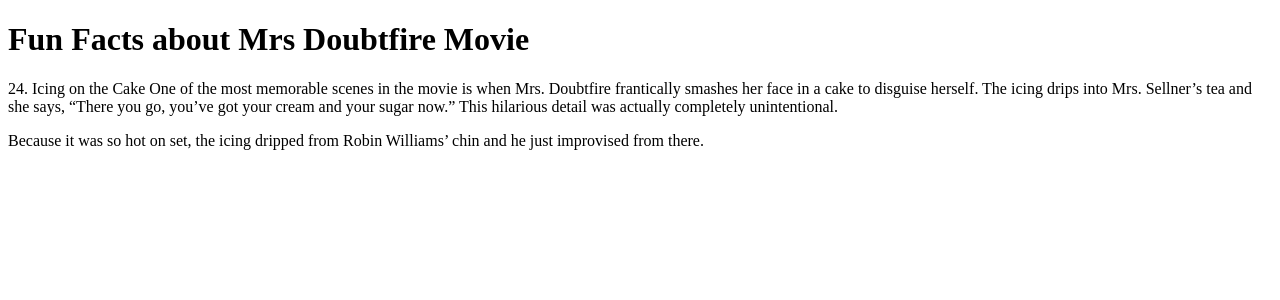
Repository: ItaConnell007/Brainnest-Main-HTML-Project
Page: fun-facts.html
The author's editor kept a copy of each file at every save. The page is drawn from the files as they stood at one save, then again after the next save.
The browser window is 1280 px wide. The pictures show the whole page.

Above is the page before, as saved 2022-08-16 17:18:31.

### fun-facts.html
<!DOCTYPE html>
<html lang="en">
<head>
    <meta charset="UTF-8">
    <meta http-equiv="X-UA-Compatible" content="IE=edge">
    <meta name="viewport" content="width=device-width, initial-scale=1.0">
    <title>Top Secret</title>
</head>
<body>

    <h1> Fun Facts about Mrs Doubtfire Movie</h1>

    <p>24. Icing on the Cake
        One of the most memorable scenes in the movie is when Mrs. Doubtfire frantically smashes her face in a cake to disguise herself. The icing drips into Mrs. Sellner’s tea and she says, “There you go, you’ve got your cream and your sugar now.” This hilarious detail was actually completely unintentional. </p>
        <p>  Because it was so hot on set, the icing dripped from Robin Williams’ chin and he just improvised from there.</p>

</body>
</html>

After the next save:
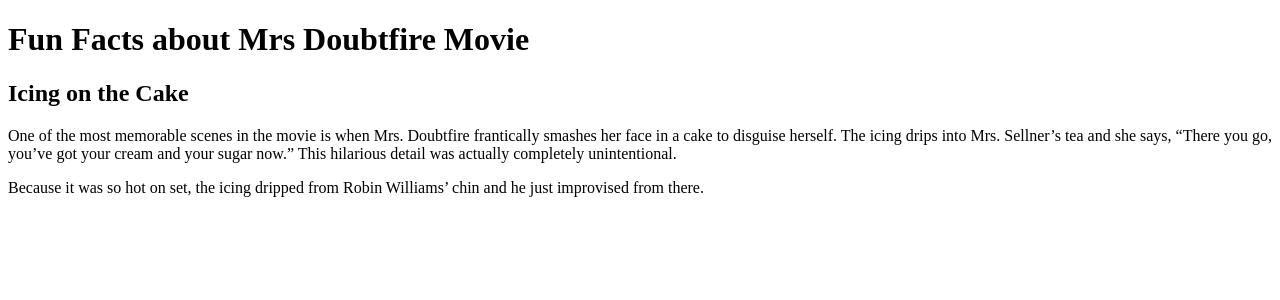
Saved 32 s later.
--- a/fun-facts.html
+++ b/fun-facts.html
@@ -10,7 +10,7 @@
 
     <h1> Fun Facts about Mrs Doubtfire Movie</h1>
 
-    <p>24. Icing on the Cake
+    <h2>Icing on the Cake</h2>
         One of the most memorable scenes in the movie is when Mrs. Doubtfire frantically smashes her face in a cake to disguise herself. The icing drips into Mrs. Sellner’s tea and she says, “There you go, you’ve got your cream and your sugar now.” This hilarious detail was actually completely unintentional. </p>
         <p>  Because it was so hot on set, the icing dripped from Robin Williams’ chin and he just improvised from there.</p>
 
